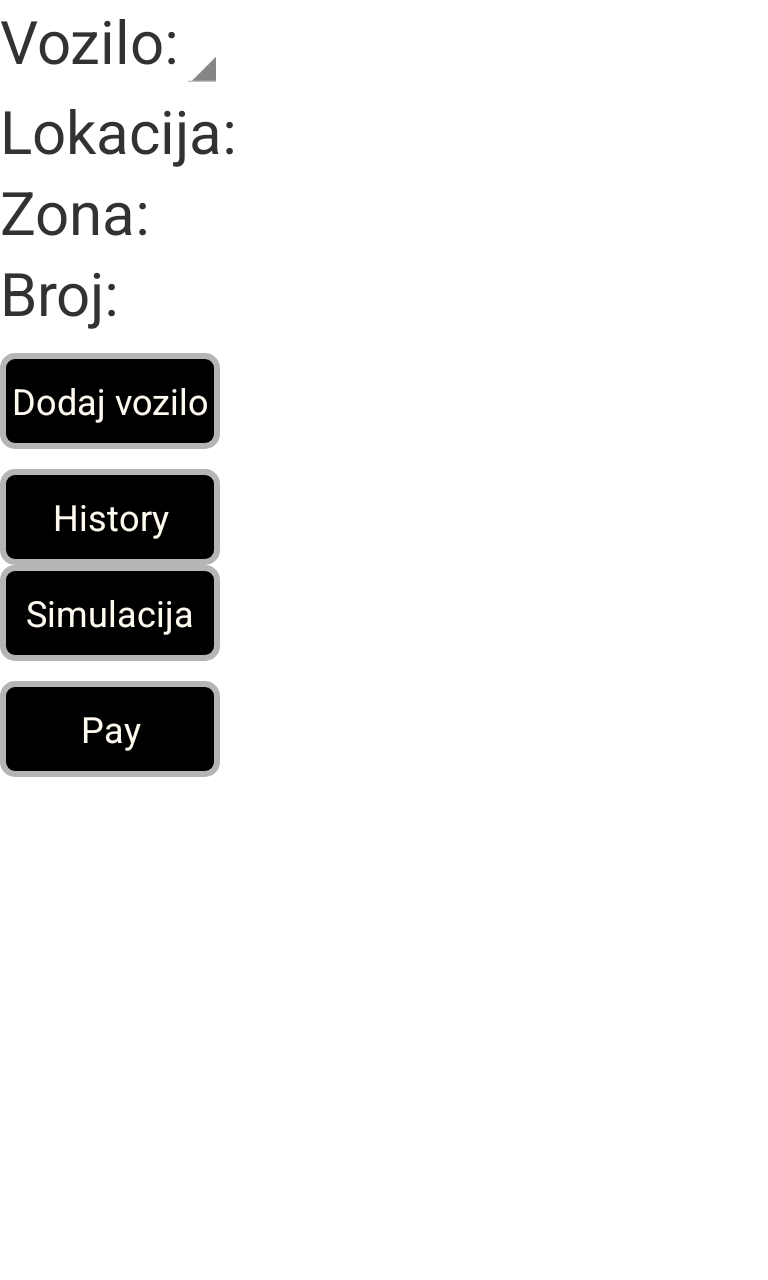
Repository: Kondorcom/GPS_parking
Layout: GPSParking/res/layout/activity_main.xml
An editor plug-in stored every save of this project. The layout is shown before and after the next save, followed by the edit.
It is drawn on a 768 x 1280 px phone screen (xhdpi) without system bars, with theme AppTheme; the app's code is not run. The app's manifest (not shown) leaves right-to-left support off. So textAlignment, textDirection and layoutDirection are ignored, and left and right values win over start and end ones.

Above is the layout before, as saved 2016-05-16 11:28:15.

### GPSParking/res/layout/activity_main.xml
<LinearLayout xmlns:android="http://schemas.android.com/apk/res/android"
    xmlns:tools="http://schemas.android.com/tools"
    android:layout_width="match_parent"
    android:layout_height="match_parent"
    android:layout_margin="10dp"
    android:orientation="vertical" >

    <LinearLayout
        android:layout_width="match_parent"
        android:gravity="start"
        android:layout_height="wrap_content" >

        <TextView
            android:id="@+id/textView1"
            android:layout_width="wrap_content"
            android:layout_height="wrap_content"
            android:text="Vozilo:"
            android:textSize="30sp" />

        <Spinner
            android:id="@+id/spinner1"
            android:layout_width="wrap_content"
            android:layout_height="45dp" />
    </LinearLayout>

    <LinearLayout
        android:id="@+id/LinearLayout4"
        android:layout_width="match_parent"
        android:layout_height="wrap_content" >

        <TextView
            android:id="@+id/textView2"
            android:layout_width="wrap_content"
            android:layout_height="wrap_content"
            android:text="@string/lokacija"
            android:textSize="30sp" />

        <TextView
            android:id="@+id/textView4"
            android:layout_width="wrap_content"
            android:layout_height="wrap_content"
            android:layout_marginStart="10dp"
            android:layout_weight="0.04"
            android:text=""
            android:textSize="30sp" />

    </LinearLayout>

    <LinearLayout
        android:layout_width="match_parent"
        android:layout_height="wrap_content" >

        <TextView
            android:id="@+id/textView3"
            android:layout_width="wrap_content"
            android:layout_height="wrap_content"
            android:text="@string/zona"
            android:textSize="30sp" />

        <TextView
            android:id="@+id/textView5"
            android:layout_width="wrap_content"
            android:layout_height="wrap_content"
            android:layout_marginLeft="20dp"

            android:text=""
            android:textSize="30sp" />

    </LinearLayout>

    <LinearLayout
        android:layout_width="match_parent"
        android:layout_height="wrap_content" >

        <LinearLayout
            android:layout_width="wrap_content"
            android:layout_height="match_parent" >

            <TextView
                android:id="@+id/textView6"
                android:layout_width="wrap_content"
                android:layout_height="wrap_content"
                android:text="@string/broj"
                android:textSize="30sp" />
        </LinearLayout>

        <TextView
            android:id="@+id/textView7"
            android:layout_width="wrap_content"
            android:layout_height="wrap_content"
            android:text=""
            android:textSize="30sp" />
    </LinearLayout>

    <LinearLayout
        android:layout_width="match_parent"
        android:layout_height="wrap_content"
        android:layout_marginTop="10dp"
        >

        <Button
            android:id="@+id/button5"
            android:layout_width="wrap_content"
            android:layout_height="wrap_content"
            android:text="@string/addVozilo2"
            android:onClick="gotoDodaj"
            android:textColor="#fffaf0"
             android:background="@drawable/btn_shape"
             />

    </LinearLayout>

    <LinearLayout
        android:layout_width="match_parent"
        android:layout_height="wrap_content"
         android:layout_marginTop="10dp"
        android:orientation="vertical" >

        <Button
            android:id="@+id/button2"
            android:layout_width="wrap_content"
            android:layout_height="wrap_content"
            android:onClick="gotoHistory"
            android:text="@string/history"

            android:textColor="#fffaf0"
             android:background="@drawable/btn_shape"

            />
    </LinearLayout>


    <Button
        android:id="@+id/button4"
        android:layout_width="wrap_content"
        android:layout_height="wrap_content"
        android:textColor="#fffaf0"
             android:background="@drawable/btn_shape"

        android:text="@string/update" />

    <LinearLayout
         android:layout_marginTop="10dp"
        android:layout_width="match_parent"
        android:layout_height="wrap_content"
        android:orientation="vertical" >

        <Button
            android:id="@+id/button3"
            android:layout_width="wrap_content"
            android:layout_height="wrap_content"
            android:text="@string/pay"
            android:textColor="#fffaf0"
             android:background="@drawable/btn_shape" />

    </LinearLayout>

</LinearLayout>

### GPSParking/res/values/strings.xml
<?xml version="1.0" encoding="utf-8"?>
<resources>

    <string name="app_name">GPS Parking</string>
    <string name="hello_world">Hello world!</string>
    <string name="action_settings">Settings</string>
    <string name="lokacija">Lokacija:</string>
    <string name="Plus">+</string>
    <string name="addVozilo">Ime vozila</string>
    <string name="addTablica">Registracija</string>
    <string name="addVozilo2">Dodaj vozilo</string>
    <string name="history">History</string>
    <string name="update">Simulacija</string>
    <string name="pay">Pay</string>
    <string name="zona">Zona:</string>
    <string name="broj">Broj:</string>
    <string name="title_activity_vozilo">VoziloActivity</string>
    <string name="Vehicle">Vehicle</string>
    <string name="Plate">Plate</string>
    <string name="City">City</string>
    <string name="Zone">Zone</string>
    <string name="Date">Date</string>
    <string name="Time">Time</string>
    <string name="hint_vehicle">Vehicle name</string>
    <string name="hint_registration">Registration</string>

</resources>

### GPSParking/res/drawable/btn_shape.xml
<?xml version="1.0" encoding="utf-8"?>


<selector xmlns:android="http://schemas.android.com/apk/res/android" >


 <!-- default -->
<item android:state_pressed="false" android:state_focused="false">
    <shape >
      <corners
android:radius="6dp"
/>
<solid
android:color="#000000"
/>
<padding
android:left="0dp"
android:top="0dp"
android:right="0dp"
android:bottom="0dp"
/>
<size
android:width="110dp"
android:height="30dp"

/>
<stroke
android:width="3dp"
android:color="#B5B5B5"

/>

     </shape>
</item>

<!-- button focused -->
<item android:state_pressed="false" android:state_focused="true">
    <shape >
    <corners
android:radius="6dp"
/>
<solid
android:color="#000000"
/>
<padding
android:left="0dp"
android:top="0dp"
android:right="0dp"
android:bottom="0dp"
/>
<size
android:width="110dp"
android:height="30dp"

/>
<stroke
android:width="3dp"
android:color="#B5B5B5"

/>

     </shape>
</item>
<!-- button pressed -->
<item android:state_pressed="true" android:state_focused="false">
    <shape >
     <corners
android:radius="6dp"
/>
<solid
android:color="#ff3300"
/>
<padding
android:left="0dp"
android:top="0dp"
android:right="0dp"
android:bottom="0dp"
/>
<size
android:width="110dp"
android:height="30dp"

/>
<stroke
android:width="3dp"
android:color="#B5B5B5"

/>

    </shape>
</item> </selector>

Loaded but not shown: GPSParking/res/values/styles.xml (common file); GPSParking/res/values-v11/styles.xml (common file); GPSParking/res/values-v14/styles.xml (common file)

After the next save:
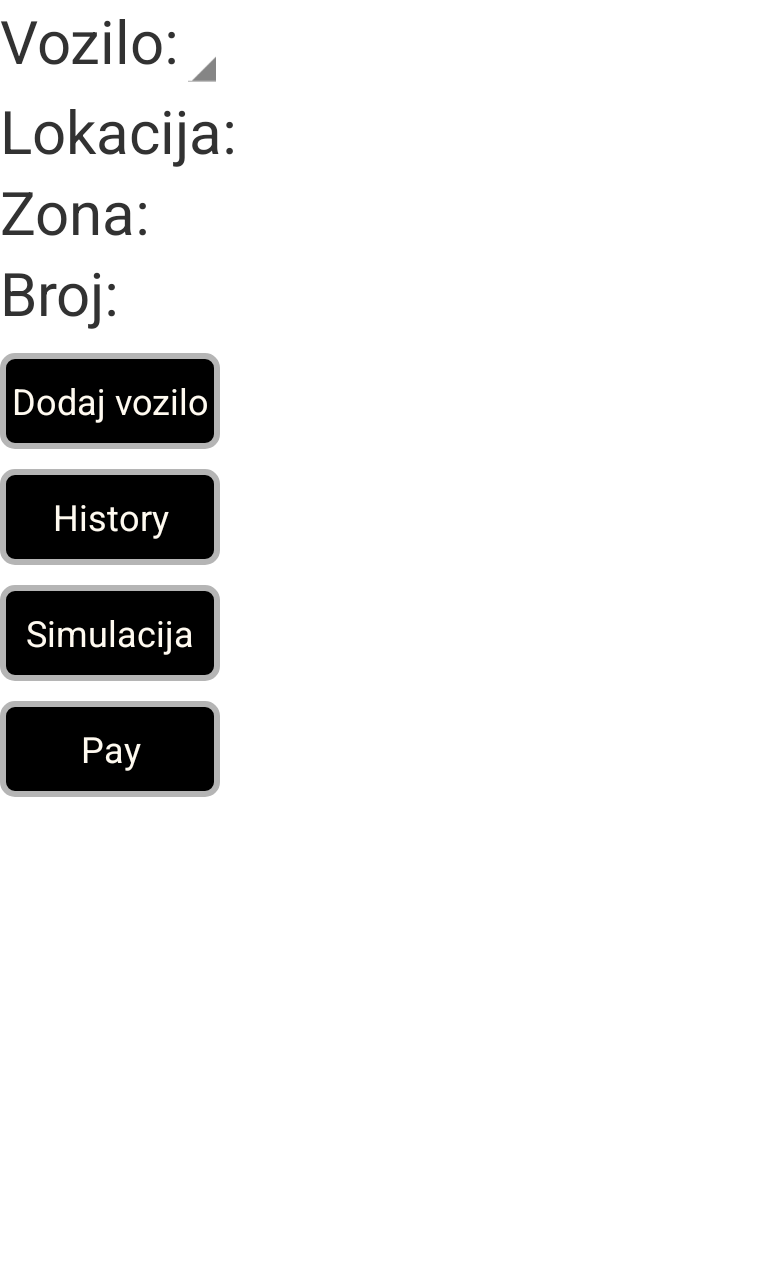
Saved 30 s later.
--- a/GPSParking/res/layout/activity_main.xml
+++ b/GPSParking/res/layout/activity_main.xml
@@ -129,7 +129,11 @@
             />
     </LinearLayout>
 
-
+   <LinearLayout
+        android:layout_width="match_parent"
+        android:layout_height="wrap_content"
+         android:layout_marginTop="10dp"
+        android:orientation="vertical" >
     <Button
         android:id="@+id/button4"
         android:layout_width="wrap_content"
@@ -138,7 +142,7 @@
              android:background="@drawable/btn_shape"
 
         android:text="@string/update" />
-
+ </LinearLayout>
     <LinearLayout
          android:layout_marginTop="10dp"
         android:layout_width="match_parent"
